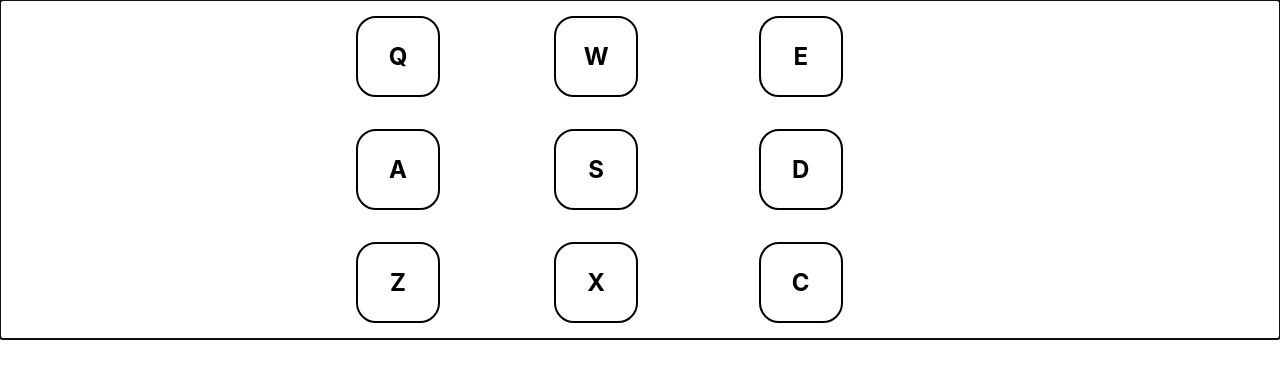
Repository: milac0/drum-machine
Page: /
An editor plug-in stored every save of this project. The page is shown before and after the next save, followed by the edit.
The browser window is 1280 px wide. The pictures show the whole page.
The project was rebuilt for these pictures with package versions that can differ from the ones it lists, and the page was loaded fresh each time.

Above is the page before, as saved 2019-10-25 17:41:12.

After the next save:
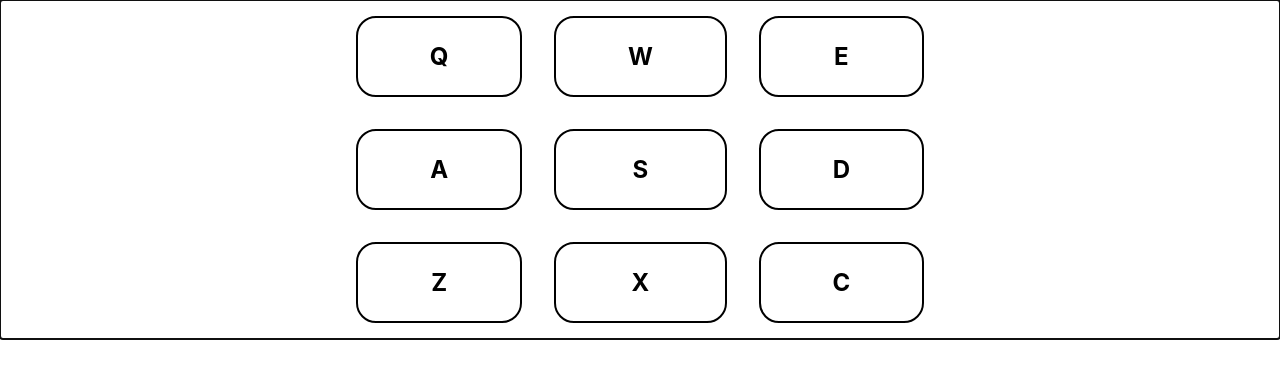
Saved 72 s later.
--- a/src/App.css
+++ b/src/App.css
@@ -6,7 +6,6 @@
 }
 
 .drum-pad {
-  max-width: 80px;
   height: auto;
   margin: 1em;
   border: 2px solid black;
